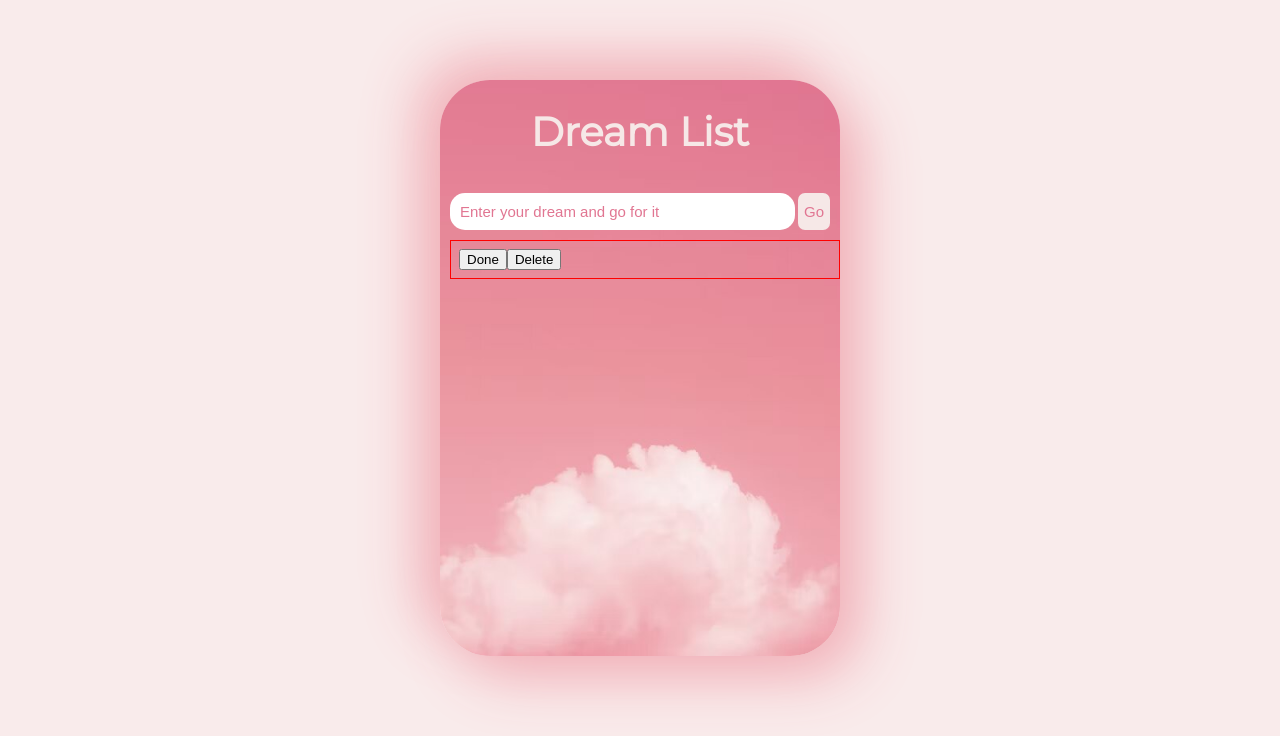
Repository: asya-aisa/grocery-list
Page: /, after clicking the first element matching `button.btn-add`
These files come from the project's save history. The page is drawn as it stood at one moment and after the next save; the edit follows.
The browser window is 1280 px wide. The pictures show the whole page.
The project was rebuilt for these pictures with package versions that can differ from the ones it lists, and the page was loaded fresh each time.

Above is the page before, as saved 2023-07-14 16:37:00.

After the next save:
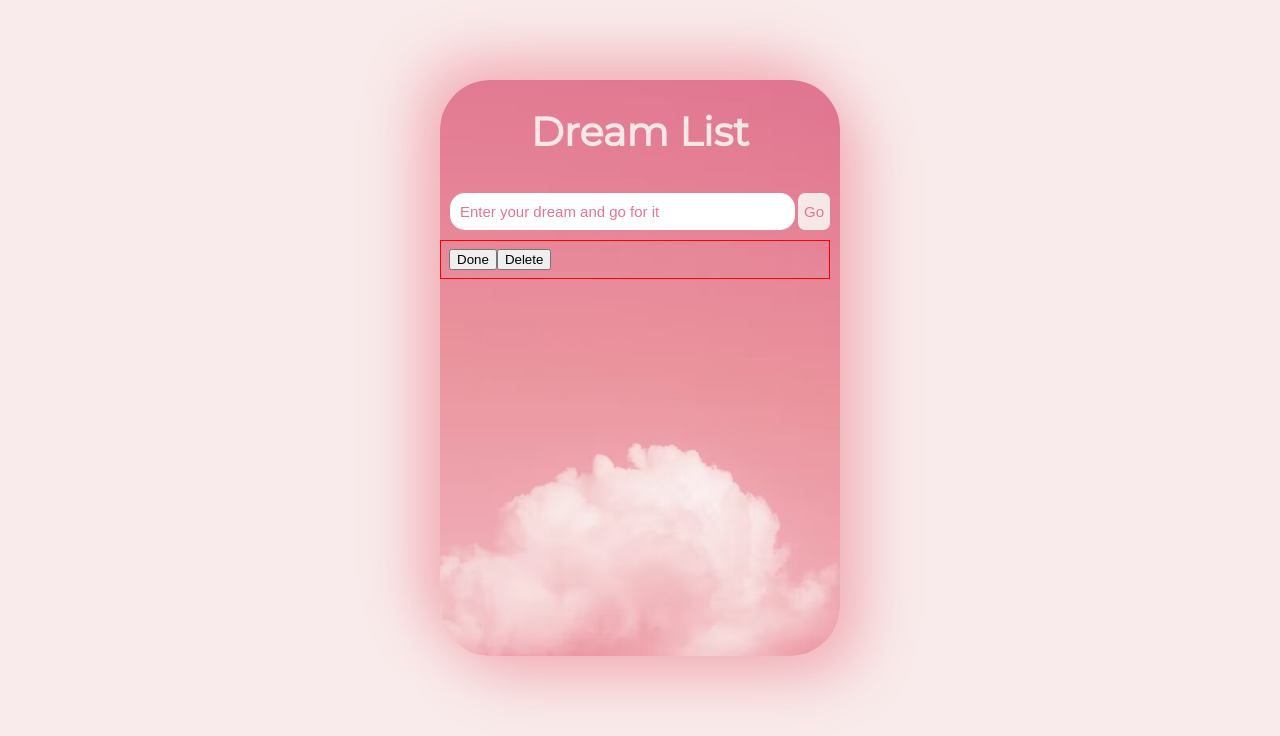
Saved 15 s later.
--- a/src/App.css
+++ b/src/App.css
@@ -58,7 +58,7 @@ ul {
 
 .item {
   list-style: none;
-  margin-left: 10px;
+  margin-right: 10px;
   padding: 8px;
   border: 1px red solid;
 }
